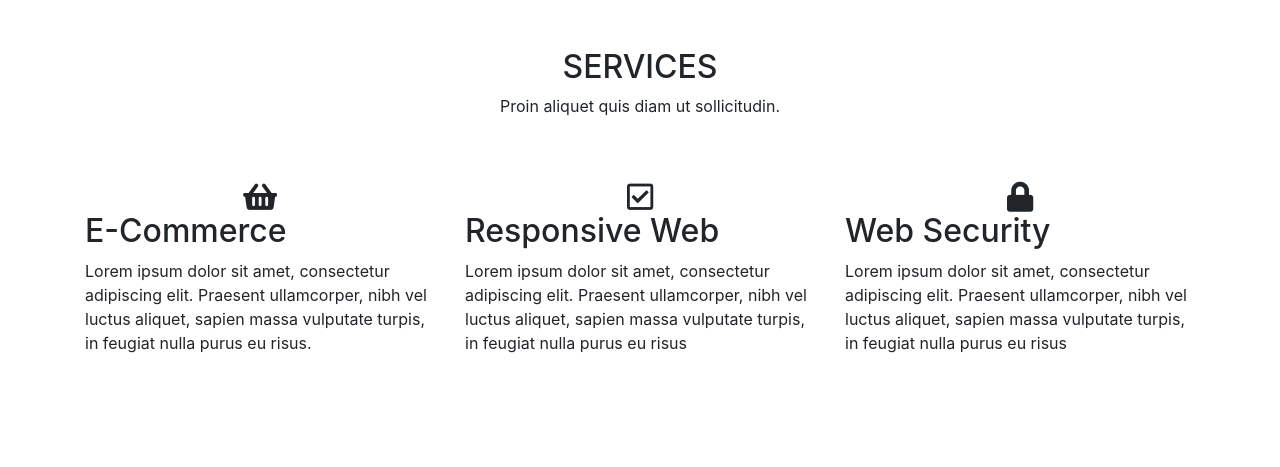
Repository: arek-adamik/golden-webpage
Page: index.html
These files come from the project's save history. The page is drawn as it stood at one moment and after the next save; the edit follows.
The browser window is 1280 px wide. The pictures show the part of the page from y = 630 to 1097 px (the page is 1097 px tall).
Some web fonts or font styles are not loaded; a fallback is used. Some web libraries are served in a nearby version. The style sheet was rebuilt from its Sass, Less or Tailwind sources for each picture, by a compiler version that may differ from the author's.

Above is the page before, as saved 2021-05-04 15:20:06.

After the next save:
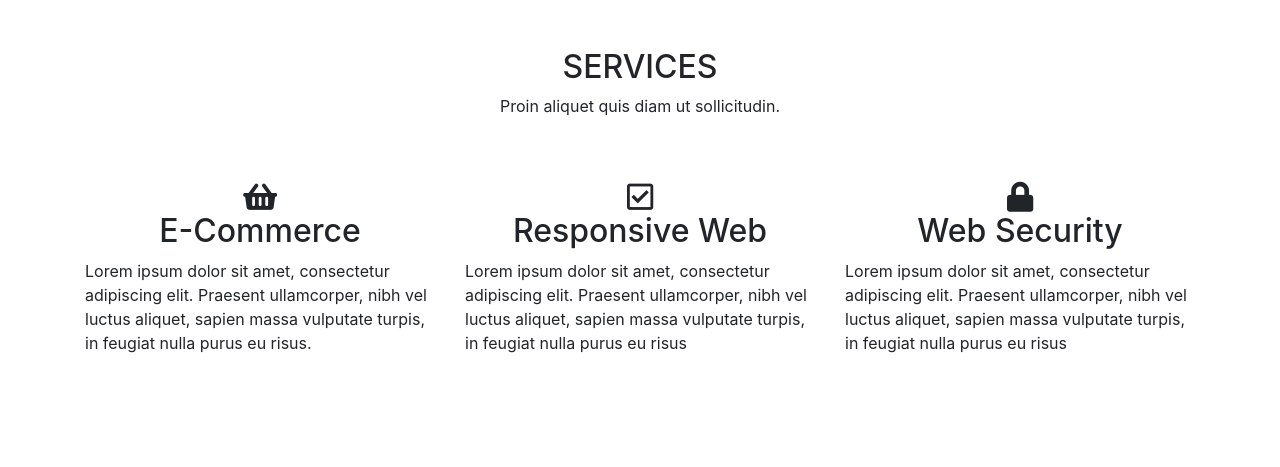
Saved 104 s later.
--- a/sass/style.scss
+++ b/sass/style.scss
@@ -103,7 +103,7 @@ body {
   }
   /* Services */
   .services{
-  .section-subtitle, .services-text, .services-subtitle {
+  .section-subtitle, .services-text{
       text-align: center;
   }
   i {
@@ -112,3 +112,8 @@ body {
         justify-content: center;
   }
 }
+.col-md-4 {
+    h2 {
+        text-align: center;
+    }
+}
